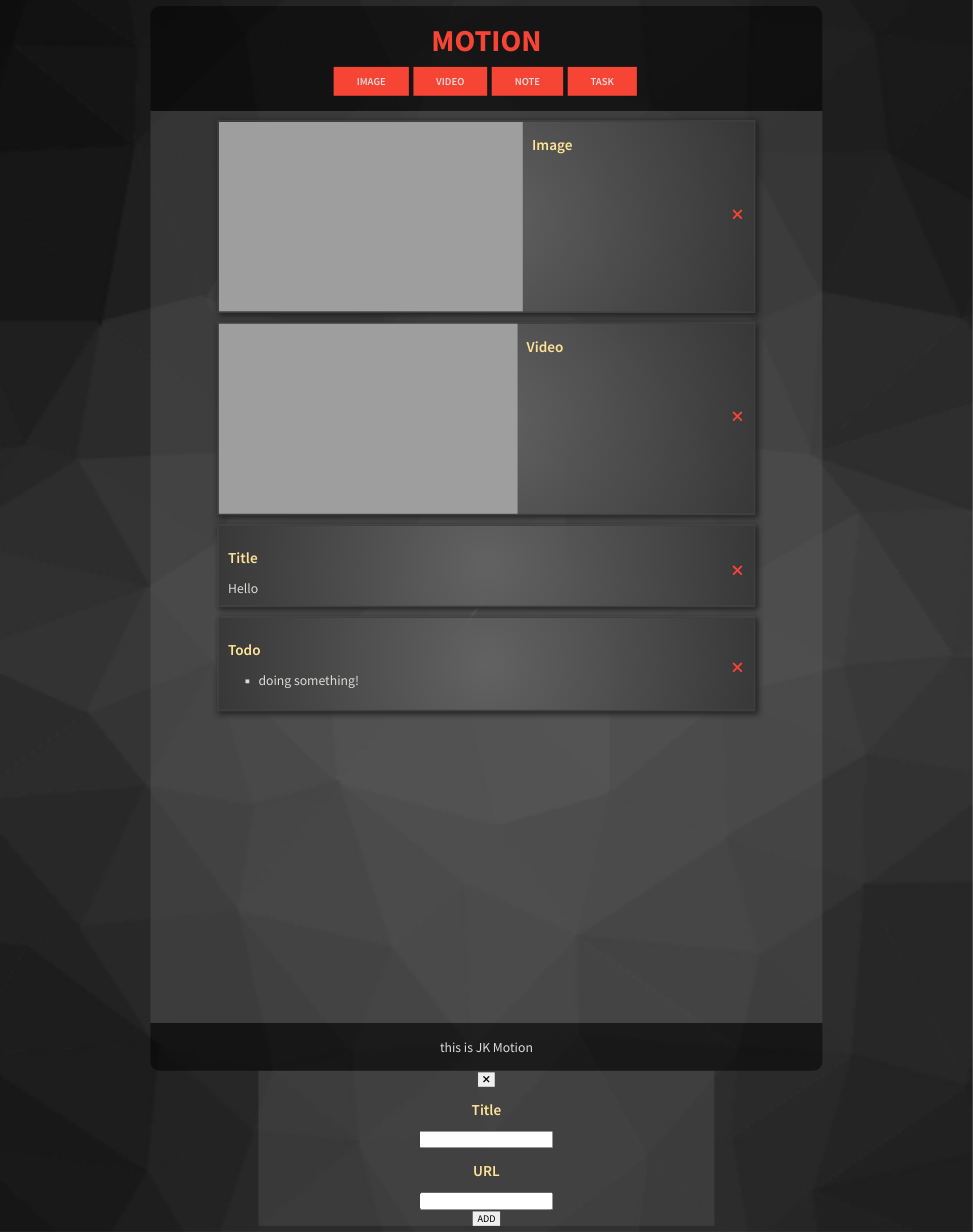
Repository: keehoonjung/Motion-project
Page: index.html
The author's editor kept a copy of each file at every save. The page is drawn from the files as they stood at one save, then again after the next save.
The browser window is 1280 px wide. The pictures show the whole page, at 76% of full size.
Pictures or frames that could not be fetched are drawn as grey boxes. Some web libraries are served in a nearby version.

Above is the page before, as saved 2021-08-23 22:25:59.

### index.html
<!DOCTYPE html>
<html lang="en">
  <head>
    <meta charset="UTF-8" />
    <meta http-equiv="X-UA-Compatible" content="IE=edge" />
    <meta name="viewport" content="width=device-width, initial-scale=1.0" />
    <script src="main.js" defer></script>
    <link rel="stylesheet" href="style.css" />
    <script
      src="https://kit.fontawesome.com/a7a8d59961.js"
      crossorigin="anonymous"
    ></script>
    <link rel="preconnect" href="https://fonts.googleapis.com" />
    <link rel="preconnect" href="https://fonts.gstatic.com" crossorigin />
    <link
      href="https://fonts.googleapis.com/css2?family=Source+Sans+Pro:wght@400;600;700&display=swap"
      rel="stylesheet"
    />
    <title>MOTION</title>
  </head>
  <body>
    <section class="container">
      <header class="head">
        <h1 class="logo">MOTION</h1>
        <nav class="head__menu">
          <button class="menu__btn">IMAGE</button>
          <button class="menu__btn">VIDEO</button>
          <button class="menu__btn">NOTE</button>
          <button class="menu__btn">TASK</button>
        </nav>
      </header>
      <section class="mainlist">
        <div class="mainlist__item">
          <img src="https://picsum.photos/400/250" alt="random__img" />
          <h2 class="mainlist__title">Image</h2>
          <button class="mainlist__deletebtn">
            <i class="fas fa-times"></i>
          </button>
        </div>
        <div class="mainlist__item">
          <iframe
            width="400"
            height="250"
            src="https://www.youtube.com/embed/tvFjaz8dYn0"
            title="YouTube video player"
            frameborder="0"
            allow="accelerometer; autoplay; clipboard-write; encrypted-media; gyroscope; picture-in-picture"
            allowfullscreen
          ></iframe>
          <h2 class="mainlist__title">Video</h2>
          <button class="mainlist__deletebtn">
            <i class="fas fa-times"></i>
          </button>
        </div>
        <div class="mainlist__text">
          <h2 class="mainlist__text__title">Title</h2>
          <span> Hello </span>
          <button class="mainlist__deletebtn">
            <i class="fas fa-times"></i>
          </button>
        </div>
        <div class="mainlist__text">
          <h2 class="mainlist__text__title">Todo</h2>
          <ul class="todo__items">
            <li class="todo__item">
              <span>doing something!</span>
            </li>
          </ul>
          <button class="mainlist__deletebtn">
            <i class="fas fa-times"></i>
          </button>
        </div>

          </div>
      </section>
      <footer class="footer">
        <span>this is JK Motion<span>
      </footer>
    </section>
    <section class="popup">
      <button class="popup__exitbtn">
        <i class="fas fa-times"> </i>
      </button>
      <div class="pupup__title">
        <h2>Title</h2>
        <input type="text" class="popup__title__input" />
      </div>
      <div class="popup__url">
        <h2>URL</h2>
        <input type="text" class="popup__url__input" />
      </div>
      <button class="popup__addbtn">ADD</button>
    </section>
  </body>
</html>

### build/main.js
"use strict";
const mainMenu = document.querySelector(".head__menu");
const popup = document.querySelector(".popup");
const darkcontainer = document.querySelector(".darkcontainer");
const body = document.querySelector("body");
const mainlist = document.querySelector(".mainlist");
const urlInput = document.querySelector(".popup__item__input");
const titleInput = document.querySelector(".popup__title__input");
mainMenu === null || mainMenu === void 0 ? void 0 : mainMenu.addEventListener("click", (event) => {
    const target = event.target;
    const name = target.dataset.name;
    popup === null || popup === void 0 ? void 0 : popup.classList.add("visible");
    darkcontainer === null || darkcontainer === void 0 ? void 0 : darkcontainer.classList.add("visible");
    popup === null || popup === void 0 ? void 0 : popup.setAttribute("data-name", name);
});
popup === null || popup === void 0 ? void 0 : popup.addEventListener("click", (event) => {
    const target = event.target;
    const name = popup.dataset.name;
    if ((target === null || target === void 0 ? void 0 : target.classList.value) == "fas fa-times") {
        exitPopup();
    }
    else if ((target === null || target === void 0 ? void 0 : target.classList.value) === "popup__addbtn") {
        switch (name) {
            case "image":
                createImageItem(titleInput === null || titleInput === void 0 ? void 0 : titleInput.value, urlInput === null || urlInput === void 0 ? void 0 : urlInput.value);
                break;
            case "video":
                createVideoItem(titleInput === null || titleInput === void 0 ? void 0 : titleInput.value, urlInput === null || urlInput === void 0 ? void 0 : urlInput.value);
                break;
            case "note":
                createNoteItem(titleInput === null || titleInput === void 0 ? void 0 : titleInput.value, urlInput === null || urlInput === void 0 ? void 0 : urlInput.value);
                break;
            case "todo":
                createTodoItem(titleInput === null || titleInput === void 0 ? void 0 : titleInput.value, urlInput === null || urlInput === void 0 ? void 0 : urlInput.value);
                break;
        }
        titleInput.value = "";
        urlInput.value = "";
        exitPopup();
    }
});
mainlist === null || mainlist === void 0 ? void 0 : mainlist.addEventListener("click", (event) => {
    const target = event.target;
    deleteItem(target);
});
function createImageItem(title, url) {
    const item = document.createElement("div");
    item.setAttribute("class", "mainlist__item");
    item.innerHTML = `
  <img src=${url} alt="random__img" />
  <h2 class="mainlist__title">${title}</h2>
  <button class="mainlist__deletebtn">
    <i class="fas fa-times"></i>
  </button>
  `;
    mainlist === null || mainlist === void 0 ? void 0 : mainlist.appendChild(item);
}
function createVideoItem(title, url) {
    const item = document.createElement("div");
    item.setAttribute("class", "mainlist__item");
    item.innerHTML = `
  <iframe
  width="400"
  height="250"
  src=${url}
  title="YouTube video player"
  frameborder="0"
  allow="accelerometer; autoplay; clipboard-write; encrypted-media; gyroscope; picture-in-picture"
  allowfullscreen
></iframe>
<h2 class="mainlist__title">${title}</h2>
<button class="mainlist__deletebtn">
  <i class="fas fa-times"></i>
</button>
    `;
    mainlist === null || mainlist === void 0 ? void 0 : mainlist.appendChild(item);
}
function createNoteItem(title, text) {
    const item = document.createElement("div");
    item.setAttribute("class", "mainlist__text");
    item.innerHTML = `
  <h2 class="mainlist__text__title">${title}</h2>
  <span> ${text} </span>
  <button class="mainlist__deletebtn">
    <i class="fas fa-times"></i>
  </button>
    `;
    mainlist === null || mainlist === void 0 ? void 0 : mainlist.appendChild(item);
}
function createTodoItem(title, text) {
    const item = document.createElement("div");
    item.setAttribute("class", "mainlist__text");
    item.innerHTML = `
    <h2 class="mainlist__text__title">${title}</h2>
    <ul class="todo__items">
      <li class="todo__item">
        <span>${text}</span>
      </li>
    </ul>
    <button class="mainlist__deletebtn">
      <i class="fas fa-times"></i>
    </button>
      `;
    mainlist === null || mainlist === void 0 ? void 0 : mainlist.appendChild(item);
}
function exitPopup() {
    darkcontainer === null || darkcontainer === void 0 ? void 0 : darkcontainer.classList.remove("visible");
    popup === null || popup === void 0 ? void 0 : popup.classList.remove("visible");
    popup === null || popup === void 0 ? void 0 : popup.removeAttribute("data-name");
}
function deleteItem(target) {
    if ((target === null || target === void 0 ? void 0 : target.classList.value) == "fas fa-times") {
        target.parentNode.parentNode.remove();
    }
}

### style.css
:root {
  --bg-main-color: #00000080;
  --bg-accent-color: #2d2d2d;
  --accent-color: #f64435;
  --text-accent-color: #ffe498;
  --text-edit-bg-color: #575757;
  --border-color: #3f3f3f;
  --shadow-color: #202020;
  --document-bg-color: #68686850;
  --component-bg-gradient: radial-gradient(
    circle,
    #646464e6 0%,
    #363636e6 100%
  );
  --smokywhite: #dddbd8;
  --black: #000000;
  --translucent-black: #00000099;

  /* size */
  --title-size: 40px;
  --menu-size: 14px;
  --semi-bold: 600;
  --delete-btn: 20px;
  --margin-item: 12px;
  --item-title: 20px;
  --item-padding: 12px;
  --border-radius: 12px;
}

* {
  font-family: "Source Sans Pro", sans-serif;
  box-sizing: border-box;
}

body {
  background: center/cover no-repeat url("./img/background.png");
  text-align: center;
}

h1 {
  font-size: var(--title-size);
}

h2 {
  font-size: var(--item-title);
  font-weight: var(--semi-bold);
  color: var(--text-accent-color);
}

span {
  color: var(--smokywhite);
  font-size: 18px;
}

ul {
  list-style: none;
}

button {
  border: none;
  outline: none;
}

.container {
  width: 70%;
  margin: auto;
  border-radius: var(--border-radius);
}

.head {
  background-color: var(--bg-main-color);
  padding: 20px 0;
  border-top-left-radius: var(--border-radius);
  border-top-right-radius: var(--border-radius);
}

.logo {
  margin: 0;
  color: var(--accent-color);
}

.head__menu {
  margin-top: 10px;
}

.menu__btn {
  background-color: var(--accent-color);
  color: var(--smokywhite);
  padding: 10px 30px;
  font-size: var(--menu-size);
  font-weight: var(--semi-bold);
  margin-right: 3px;
}

.mainlist {
  background-color: var(--document-bg-color);
  overflow-y: scroll;
  height: 1200px;
}

.mainlist__item {
  position: relative;
  border: 2px solid var(--border-color);
  background-color: var(--text-edit-bg-color);
  background: var(--component-bg-gradient);
  width: 80%;
  margin: auto;
  display: flex;
  margin-top: var(--margin-item);
  box-shadow: 3px 3px 8px 2px var(--shadow-color);
}

.mainlist__title {
  width: 45%;
  text-align: left;
  padding-left: var(--margin-item);
}

.mainlist__deletebtn {
  background: none;
  position: absolute;
  right: 8px;
  top: 43%;
  color: var(--accent-color);
  font-size: var(--delete-btn);
}

.mainlist__text {
  position: relative;
  border: 2px solid var(--border-color);
  background-color: var(--text-edit-bg-color);
  background: var(--component-bg-gradient);
  width: 80%;
  margin: auto;
  margin-top: var(--margin-item);
  text-align: left;
  padding: var(--margin-item);
  box-shadow: 3px 3px 8px 2px var(--shadow-color);
}

.todo__item {
  list-style: square;
  color: var(--smokywhite);
}

.footer {
  background-color: var(--bg-main-color);
  padding: 20px 0;
  border-bottom-right-radius: var(--border-radius);
  border-bottom-left-radius: var(--border-radius);
}

.popup {
  margin: auto;
  width: 600px;
  background: #57575760;
}

After the next save:
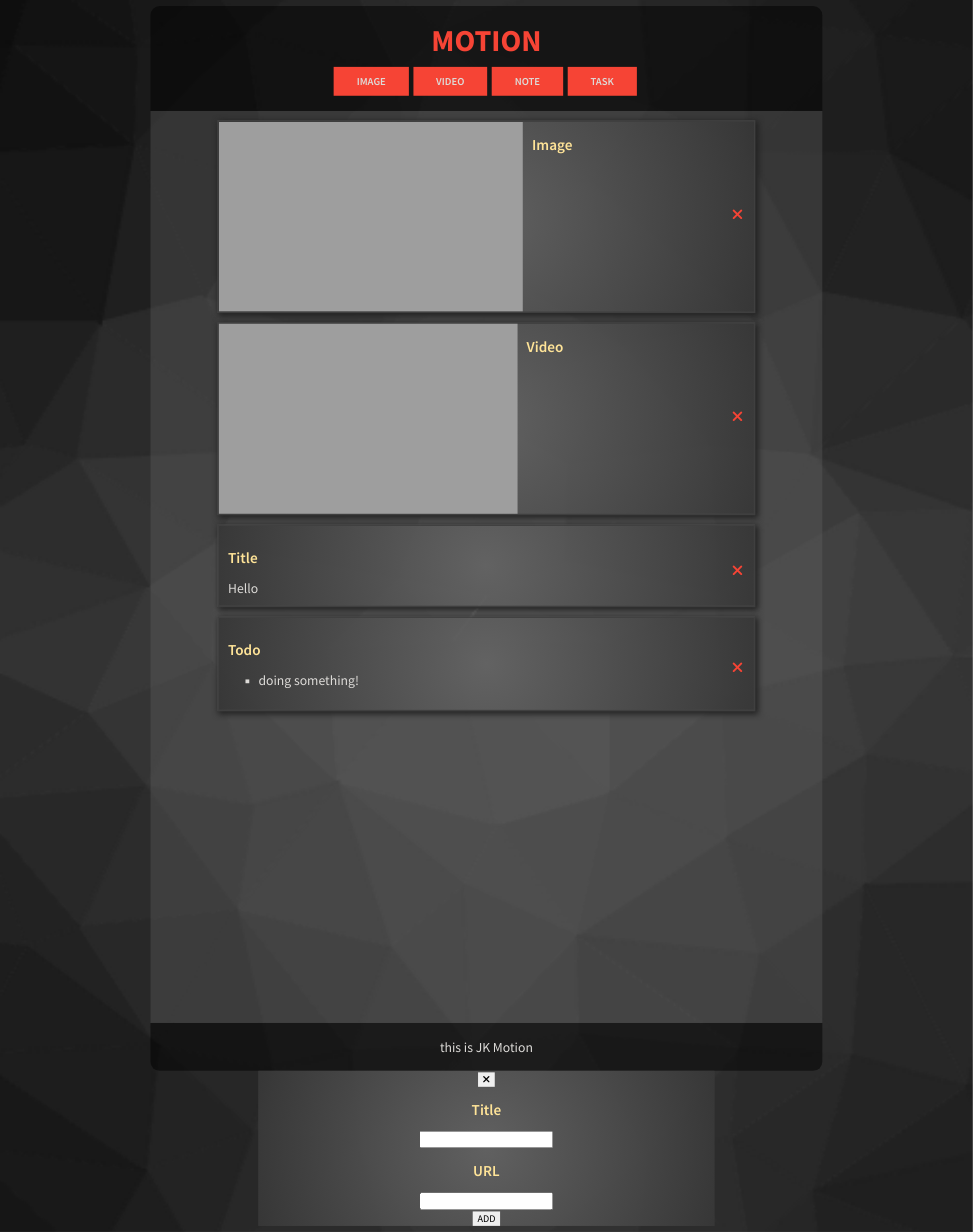
Saved 15 s later.
--- a/style.css
+++ b/style.css
@@ -153,5 +153,5 @@ button {
 .popup {
   margin: auto;
   width: 600px;
-  background: #57575760;
+  background: #57575760 var(--component-bg-gradient);
 }
